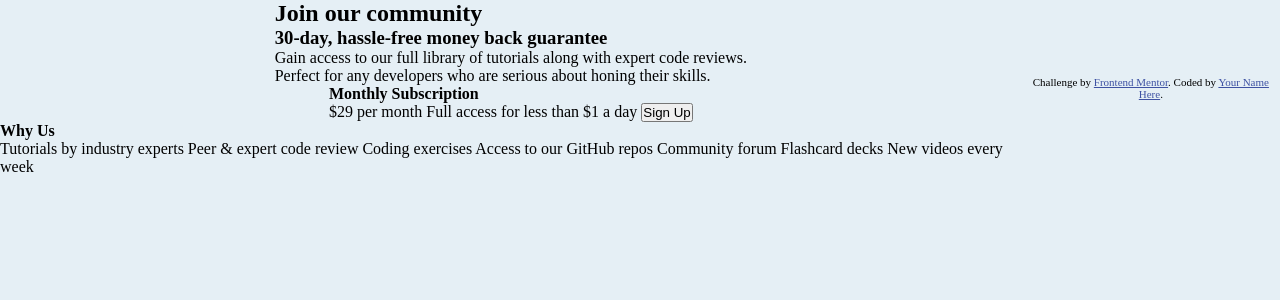
Repository: jminervino/PriceGridComponent
Page: index.html
The author's editor kept a copy of each file at every save. The page is drawn from the files as they stood at one save, then again after the next save.
The browser window is 1280 px wide. The pictures show the whole page.

Above is the page before, as saved 2022-02-05 22:53:25.

### index.html
<!DOCTYPE html>
<html lang="en">
<head>
  <meta charset="UTF-8">
  <meta name="viewport" content="width=device-width, initial-scale=1.0"> <!-- displays site properly based on user's device -->

  <link rel="icon" type="image/png" sizes="32x32" href="./images/favicon-32x32.png">
  <link rel="stylesheet" href="style.css">

  <title>Frontend Mentor | Single Price Grid Component</title>

  <!-- Feel free to remove these styles or customise in your own stylesheet 👍 -->
  <style>
    .attribution { font-size: 11px; text-align: center; }
    .attribution a { color: hsl(228, 45%, 44%); }
  </style>
</head>
<body>
    <div class="container">
        <div>
            <h2>Join our community</h2>

            <h3>30-day, hassle-free money back guarantee</h3>

            <p>
                Gain access to our full library of tutorials along with expert code reviews. <br>
                Perfect for any developers who are serious about honing their skills.
            </p>
        </div>
        <div>
            <h4>Monthly Subscription</h4>

            &dollar;29 per month

            Full access for less than &dollar;1 a day

            <button>Sign Up</button>
        </div>
        <div>
            <h4>Why Us</h4>
            <p>
                Tutorials by industry experts
                Peer &amp; expert code review
                Coding exercises
                Access to our GitHub repos
                Community forum
                Flashcard decks
                New videos every week
            </p>

        </div>
    </div>
  <footer>
    <p class="attribution">
      Challenge by <a href="https://www.frontendmentor.io?ref=challenge" target="_blank">Frontend Mentor</a>.
      Coded by <a href="#">Your Name Here</a>.
    </p>
  </footer>
</body>
</html>

### style.css
* {
    margin: 0;
    padding: 0;
}

body {
    background-color: hsl(204, 43%, 93%);
    display: flex;
    align-items: center;
    justify-content: center;
}

.container {
    display: flex;
    align-items: center;
    justify-content: center;
    flex-direction: column;
}

.box-one {
    background-color: white;
}

After the next save:
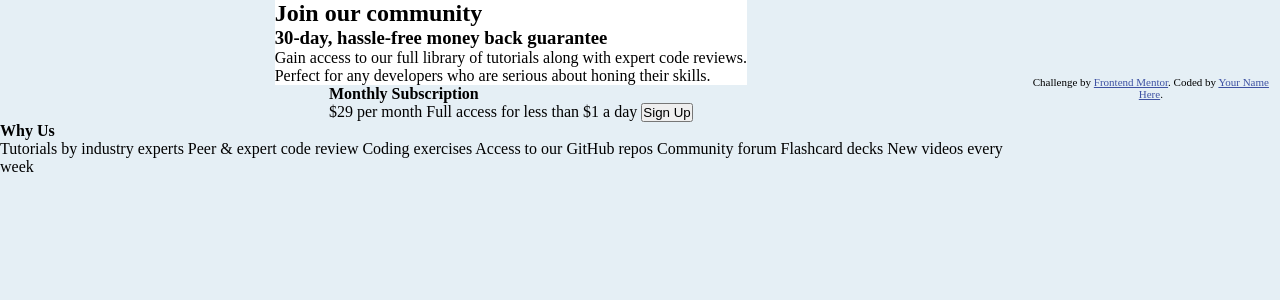
Saved 19 s later.
--- a/index.html
+++ b/index.html
@@ -17,7 +17,7 @@
 </head>
 <body>
     <div class="container">
-        <div>
+        <div class="box-one">
             <h2>Join our community</h2>
 
             <h3>30-day, hassle-free money back guarantee</h3>
